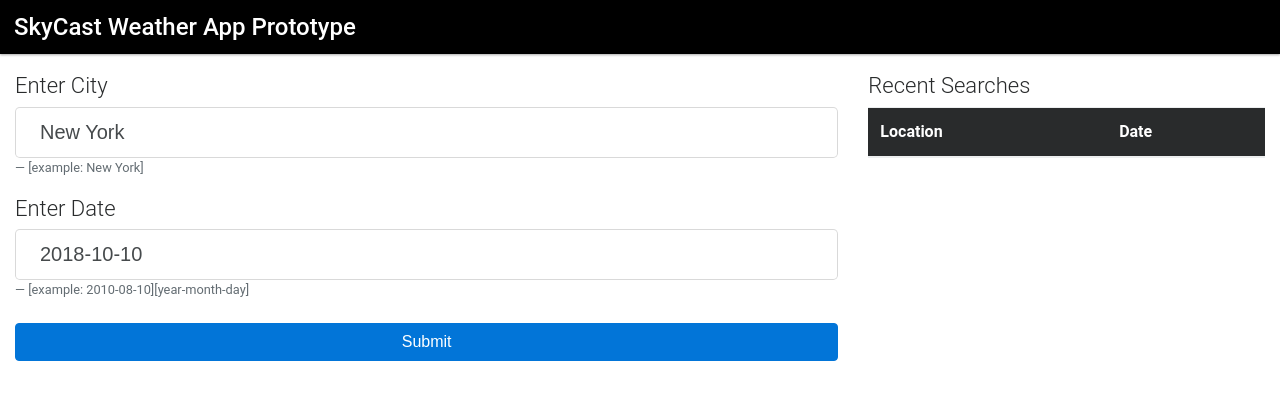
Repository: Oakga/Weather_app
Page: index.html
These files come from the project's save history. The page is drawn as it stood at one moment and after the next save; the edit follows.
The browser window is 1280 px wide. The pictures show the whole page.
Some web libraries are served in a nearby version.

Above is the page before, as saved 2017-09-22 12:53:49.

After the next save:
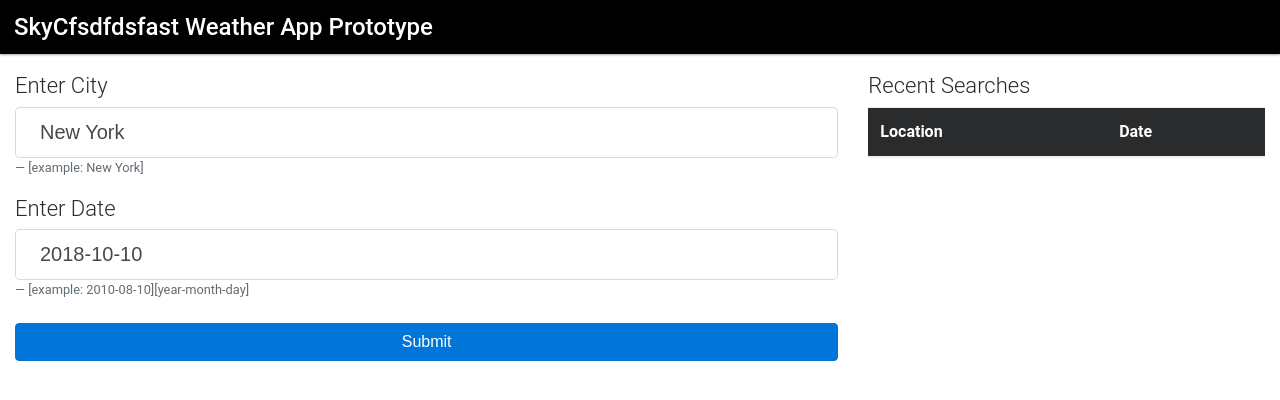
Saved 4 s later.
--- a/index.html
+++ b/index.html
@@ -9,7 +9,7 @@
 </head>
 <body>
     <header>
-        <h1>SkyCast Weather App Prototype</h1>
+        <h1>SkyCfsdfdsfast Weather App Prototype</h1>
     </header>
     <div class="container-fluid">
         <div class="row">

After the save that followed:
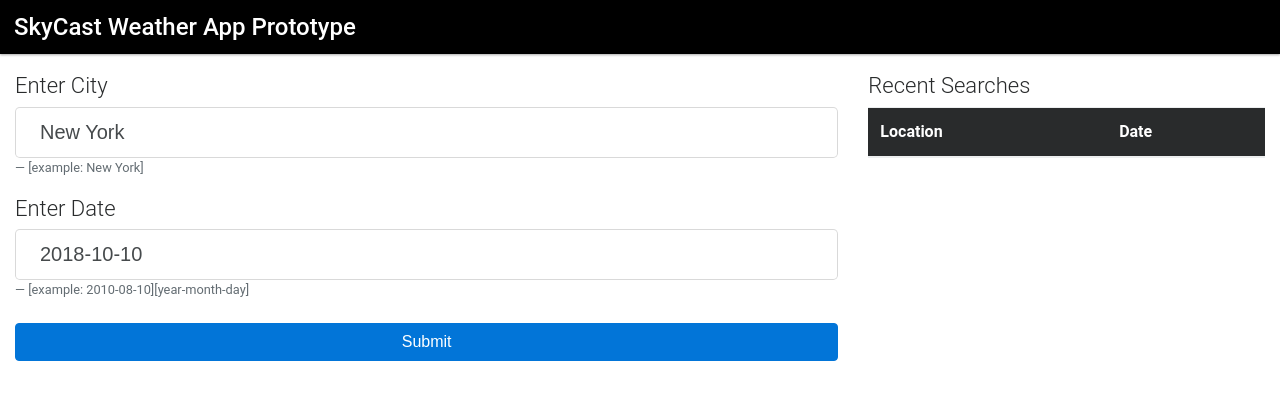
Saved 6 s later.
--- a/index.html
+++ b/index.html
@@ -9,7 +9,7 @@
 </head>
 <body>
     <header>
-        <h1>SkyCfsdfdsfast Weather App Prototype</h1>
+        <h1>SkyCast Weather App Prototype</h1>
     </header>
     <div class="container-fluid">
         <div class="row">
